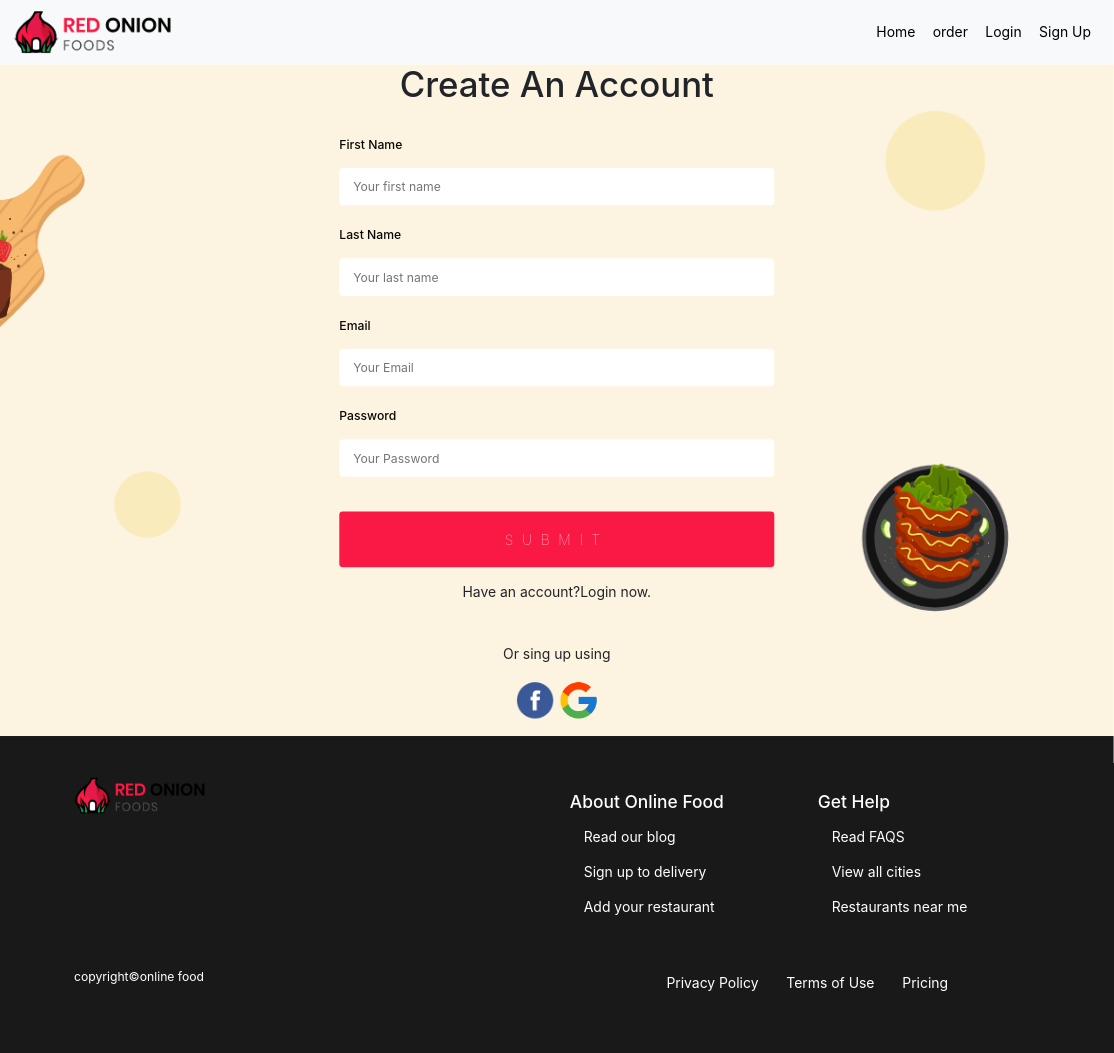
Repository: arif286/red-onion-client
Page: /signUp
The author's editor kept a copy of each file at every save. The page is drawn from the files as they stood at one save, then again after the next save.
The browser window is 1280 px wide. The pictures show the whole page, at 87% of full size.
The project was rebuilt for these pictures with package versions that can differ from the ones it lists, and the page was loaded fresh each time. Some packages were replaced by stand-ins written for this rebuild. Also part of the build but not shown: src/App.css, src/components/CheckOut/CheckOut.css, src/components/CheckOut/CheckOutForm/CheckOutFrom.js, src/components/CheckOut/CheckOut.js, src/components/SearchBar/SearchBar.css, src/components/SearchBar/SearchBar.js, src/components/FoodDetails/FoodDetail.css, src/components/FoodDetails/FoodDetail.js and 6 more. Imported but missing from the stored project, and not drawn on this page: src/components/CheckOut/Map/Map.

Above is the page before, as saved 2021-04-07 03:13:58.

After the next save:
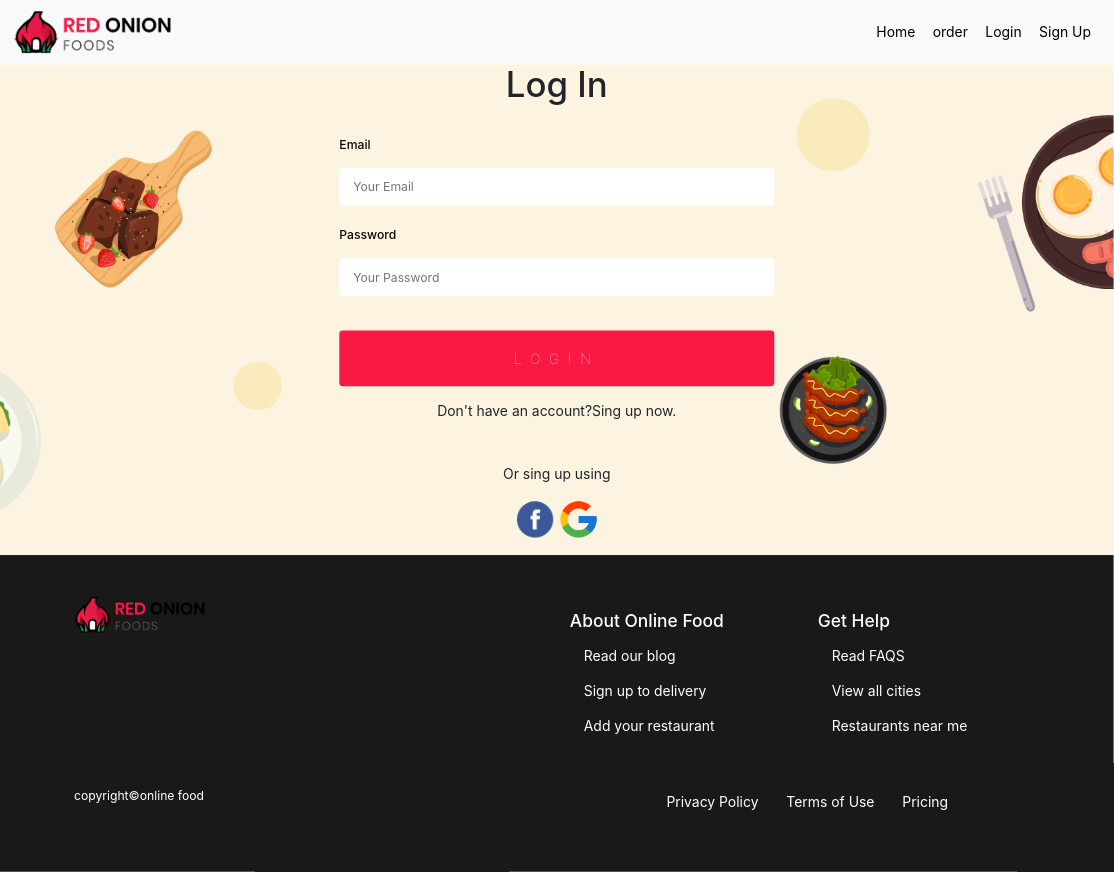
Saved 50 s later.
--- a/src/components/SingUp/SingUp.js
+++ b/src/components/SingUp/SingUp.js
@@ -38,7 +38,7 @@ const SingUp = () => {
             setLoggedInUser(error);
         })
     };
-  const [login, setLogin] = useState(false);
+  const [login, setLogin] = useState(true);
 
     return (
       <div style={bgImage}>

After the save that followed:
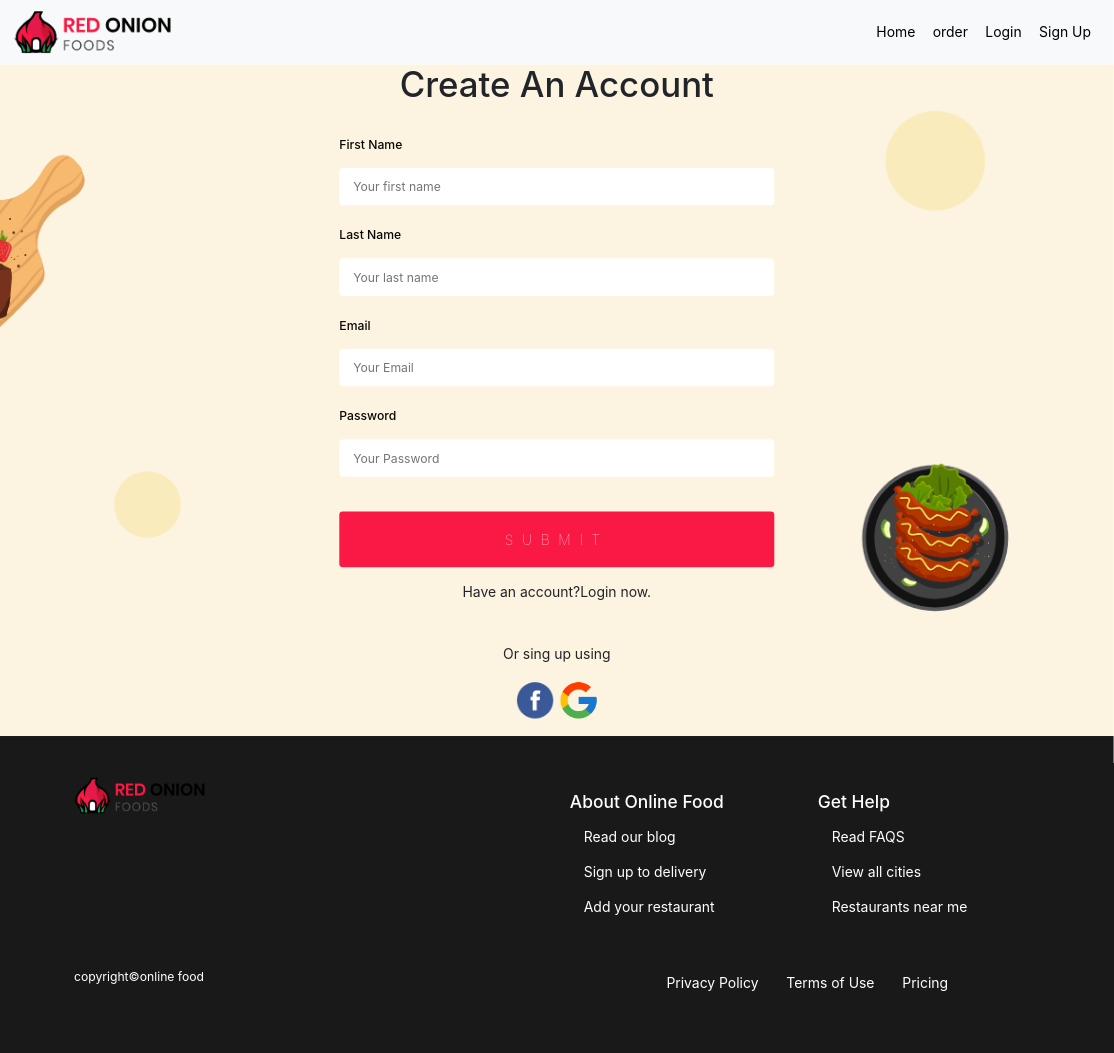
Saved 19 s later.
--- a/src/components/SingUp/SingUp.js
+++ b/src/components/SingUp/SingUp.js
@@ -38,7 +38,7 @@ const SingUp = () => {
             setLoggedInUser(error);
         })
     };
-  const [login, setLogin] = useState(true);
+  const [login, setLogin] = useState(false);
 
     return (
       <div style={bgImage}>
